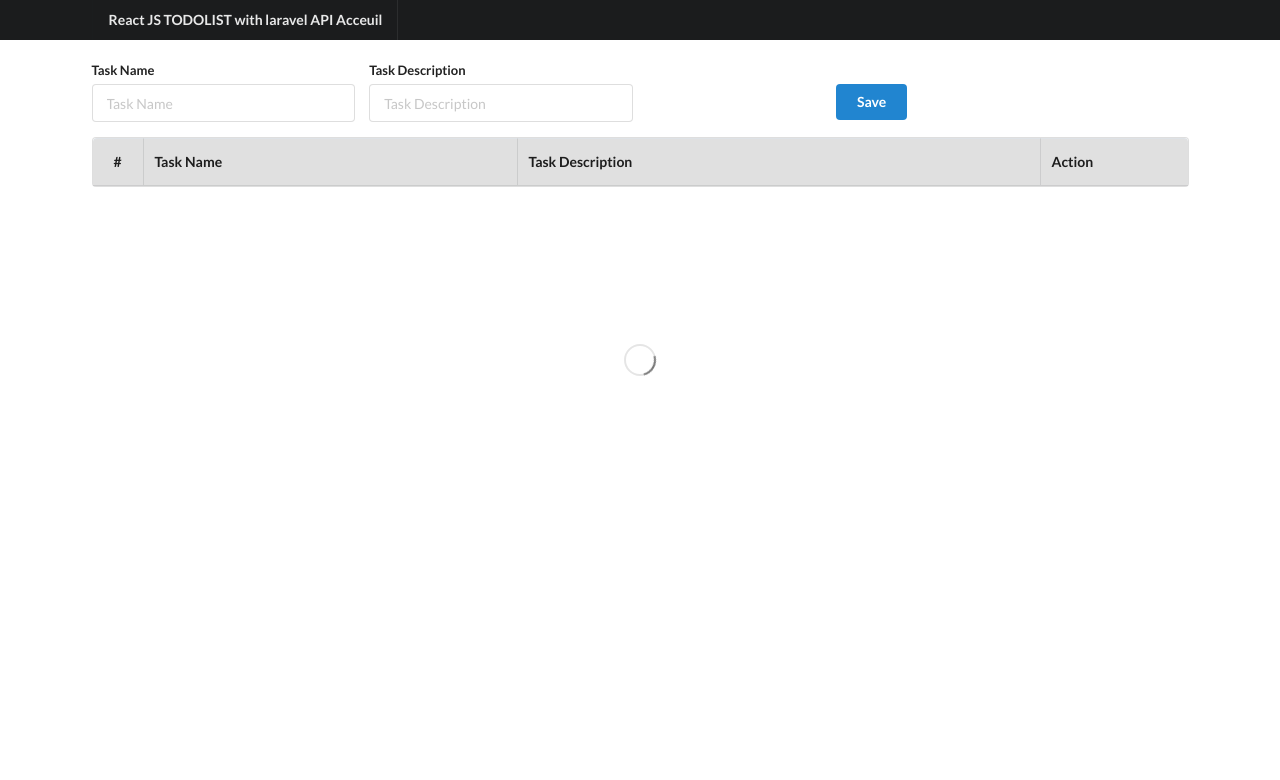
Repository: balkisys/react-js-crud
Page: /
An editor plug-in stored every save of this project. The page is shown before and after the next save, followed by the edit.
The browser window is 1280 px wide. The pictures show the whole page.
The page's requests for data from a server got no answer. The project was rebuilt for these pictures with package versions that can differ from the ones it lists, and the page was loaded fresh each time. No one was signed in, and anything a server would have sent is missing. Also part of the build but not shown: src/components/Task.js.

Above is the page before, as saved 2021-02-07 17:34:11.

After the next save:
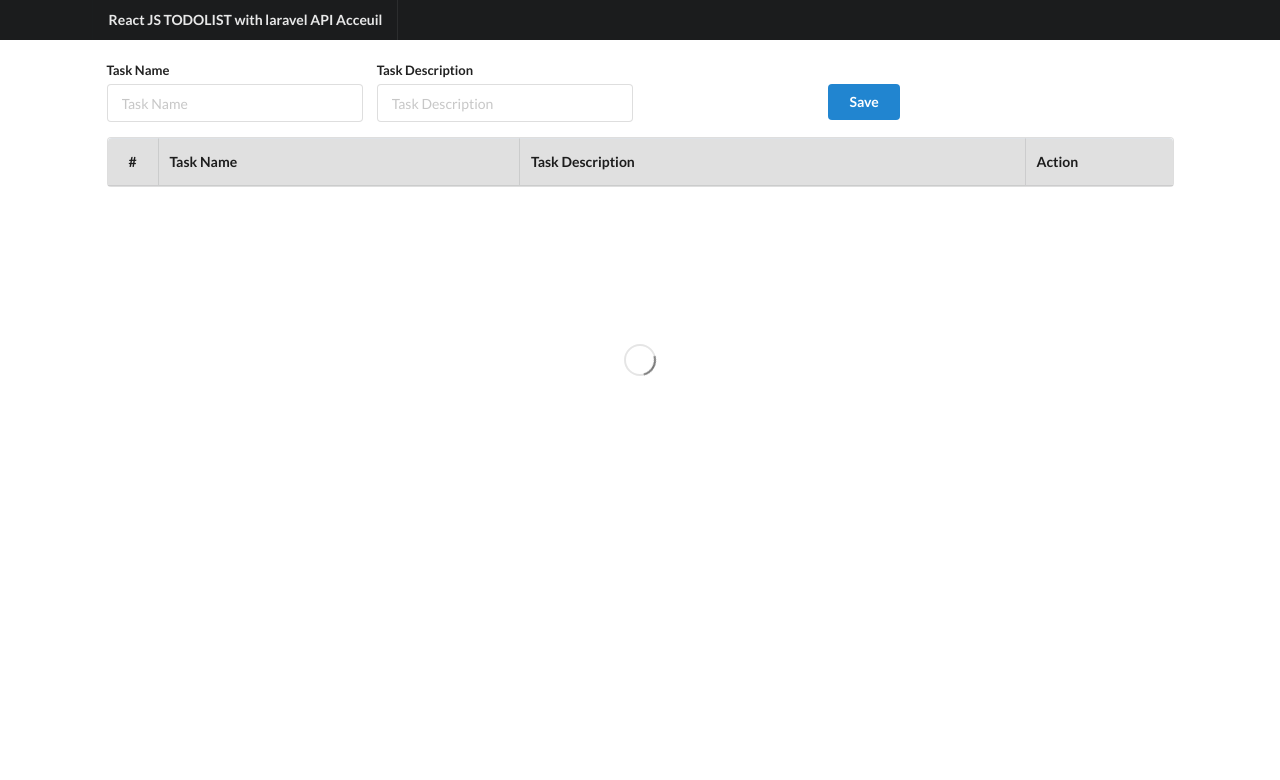
Saved 2 min 12 s later.
--- a/src/components/App.js
+++ b/src/components/App.js
@@ -12,15 +12,15 @@ class App extends Component {
           <div>
           <div className="ui fixed inverted menu">
           <div className="ui container">
-           <nav class="navbar navbar-dark bg-dark">
- Home
-              </nav>
 
+           <a href="/#" className="header item">
+                          React JS TODOLIST  with laravel API Acceuil
+               </a>
 
 
           </div>
           </div>
-          <div >
+          <div className="ui main container">
            <Home/>
           </div>
           </div>
